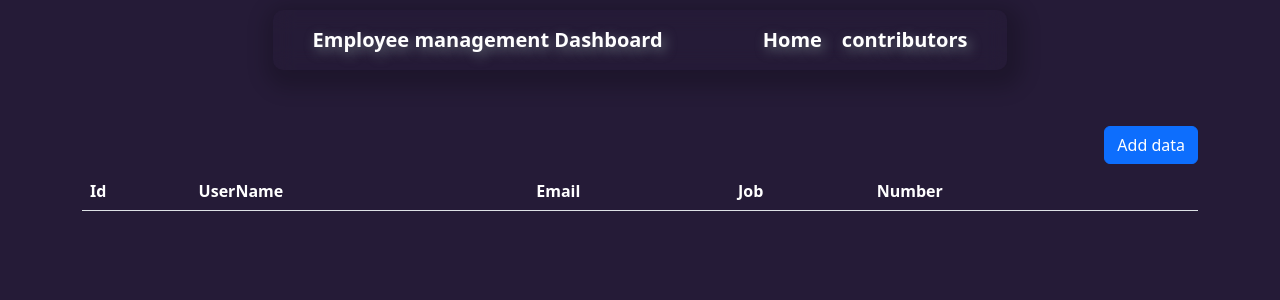
Repository: iamevs/Employee-Management-System
Page: /home (app in client/)
An editor plug-in stored every save of this project. The page is shown before and after the next save, followed by the edit.
The browser window is 1280 px wide. The pictures show the whole page.
The page's requests for data from a server got no answer. The project was rebuilt for these pictures with package versions that can differ from the ones it lists, and the page was loaded fresh each time. No one was signed in, and anything a server would have sent is missing. Also part of the build but not shown: client/vite.config.js, client/src/components/Register.jsx, client/src/components/Edit.jsx, client/src/components/Hero.jsx. Imported but missing from the stored project, and not drawn on this page: client/src/components/Details.

Above is the page before, as saved 2022-11-28 23:39:17.

### client/index.html
<html lang="en">
  <head>
    <meta charset="UTF-8" />
    <link rel="icon" type="image/svg+xml" href="/vite.svg" />
    <meta name="viewport" content="width=device-width, initial-scale=1.0" />
    <title>employee-management</title>
  </head>
  <body>
    <div id="root"></div>
    <script type="module" src="/src/main.jsx"></script>
  </body>
</html>

### client/src/main.jsx
import React, { StrictMode } from 'react';
import ReactDOM from 'react-dom';
import { createRoot } from "react-dom/client";
import './index.css';
import App from './App';
import { BrowserRouter } from "react-router-dom"
import ContextProvider from "./components/context/ContextProvider";
// root.render(
//   <StrictMode>
//   <ContextProvider>
//     <BrowserRouter>
//       <App />
//     </BrowserRouter>
//   </ContextProvider>
//   </StrictMode>
//   ,
//   document.getElementById('root')
// );


createRoot(document.getElementById('root')).render(
  <ContextProvider>
    <BrowserRouter>
      <App />
    </BrowserRouter>
  </ContextProvider>
)

### client/src/index.css
body {
  margin: 0;
  font-family: -apple-system, BlinkMacSystemFont, 'Segoe UI', 'Roboto', 'Oxygen',
    'Ubuntu', 'Cantarell', 'Fira Sans', 'Droid Sans', 'Helvetica Neue',
    sans-serif;
  -webkit-font-smoothing: antialiased;
  -moz-osx-font-smoothing: grayscale;
  background-color: #251B37 !important;
  color: #fff !important;
}

code {
  font-family: source-code-pro, Menlo, Monaco, Consolas, 'Courier New',
    monospace;
}

.btns{
  display: flex;
  justify-content: space-between;
}

### client/src/App.jsx
import './App.css';
import "../node_modules/bootstrap/dist/css/bootstrap.min.css"
import "../node_modules/bootstrap/dist/js/bootstrap.bundle.min.js"
import Navbar from './components/Navbar';
import Home from './components/Home';
import Register from './components/Register';
import Edit from './components/Edit';
import Details from './components/Details';
import Hero from "./components/Hero.jsx";
import {Routes,Route} from "react-router-dom"




function App() {
  return (
   <>
    <Navbar />
    <Routes>
      <Route path="/" element={<Hero/>} />
      <Route  path="/home" element={<Home/>} />
      <Route exact path="/register" element={<Register/>} />
      <Route exact path="/edit/:id" element={<Edit/>} />
      <Route exact path="/view/:id" element={<Details/>} />
    </Routes>

   </>
  );
}

export default App;

### client/src/components/context/ContextProvider.jsx
import React, { createContext, useState } from 'react'


export const adddata = createContext("");
export const updatedata = createContext("");
export const deldata = createContext("");

const ContextProvider = ({ children }) => {

    const [udata, setUdata] = useState("");
    const [updata, setUPdata] = useState("");
    const [dltdata, setDLTdata] = useState("");


    return (
        <adddata.Provider value={{ udata, setUdata }}>
            <updatedata.Provider value={{ updata, setUPdata }}>
                <deldata.Provider value={{dltdata, setDLTdata}}>
                    {children}
                </deldata.Provider>

            </updatedata.Provider>

        </adddata.Provider>
    )
}

export default ContextProvider;

### client/src/App.css
.add_btn{
  text-align: right;
}

.container{
  overflow: auto;
}

.left_view h3{
  font-size: 21px;
}

.left_view p{
  font-weight: 600;
}

.left_view span{
  font-weight: 400;
}

.right_view p{
  font-weight: 600;
}


.right_view span{
  font-weight: 400;
}

### client/src/components/Navbar.jsx
import React from 'react'
import { NavLink } from 'react-router-dom'
import { Box, Stack } from "@mui/material";


const Navbar = () => {
    return (
        <Stack justifyContent={"center"} direction={"row"} marginTop={"10px"}>
            <Box justifyContent={"space-between"} className="navbar navbar-expand-lg text-white" sx={{
                backgroundColor: "transparent",
                backdropFilter: "blur(10px) !important",
                position: "relative",
                color: "white",
                boxShadow: "4px 7px 20px 11px rgb(0 0 0 / 20%)",
                height: "60px",
                padding: "0 40px 0 40px",
                width: "auto",
                borderRadius: "10px"
            }}>
                <Box sx={{
                    fontSize: "20px",
                    textShadow: "3px 4px 12px #6c757d",
                    fontWeight: "bold",
                    marginRight: "100px"
                }}>Employee management Dashboard</Box>
                <Box direction={"row"}>
                    <a href="/home" style={{
                        color: "white",
                        fontSize: "20px",
                        textShadow: "3px 4px 12px #6c757d",
                        fontWeight: "bold",
                        textDecoration: "none",
                    }}>Home</a>
                    <a href="/" style={{
                        color: "white",
                        fontSize: "20px",
                        textShadow: "3px 4px 12px #6c757d",
                        fontWeight: "bold",
                        textDecoration: "none",
                        marginLeft: "20px"
                    }}>contributors</a>

                </Box>
            </Box>
        </Stack>
    )
}

export default Navbar

### client/src/components/Home.jsx
import React, { useState, useEffect, useContext } from 'react'
import RemoveRedEyeIcon from '@mui/icons-material/RemoveRedEye';
import CreateIcon from '@mui/icons-material/Create';
import DeleteOutlineIcon from '@mui/icons-material/DeleteOutline';
import { NavLink } from 'react-router-dom';
import { adddata, deldata } from './context/ContextProvider';
import { updatedata } from './context/ContextProvider'

var getuserlink = "http://localhost:8001/getusers";


const Home = () => {

    const [getuserdata, setUserdata] = useState([]);

    console.log(getuserdata);

    const { udata, setUdata } = useContext(adddata);

    const {updata, setUPdata} = useContext(updatedata);

    const {dltdata, setDLTdata} = useContext(deldata);

    const getdata = async () => {

        const res = await fetch(getuserlink, {
            method: "GET",
            headers: {
                "Content-Type": "application/json"
            }
        });

        const data = await res.json();
        console.log(data);

        if (res.status === 422 || !data) {
            console.log("error ");

        } else {
            setUserdata(data)
            console.log("get data");

        }
    }

    useEffect(() => {
        getdata();
    }, [])

    const deleteuser = async (id) => {

        const res2 = await fetch(`/deleteuser/${id}`, {
            method: "DELETE",
            headers: {
                "Content-Type": "application/json"
            }
        });

        const deletedata = await res2.json();
        console.log(deletedata);

        if (res2.status === 422 || !deletedata) {
            console.log("error");
        } else {
            console.log("user deleted");
            setDLTdata(deletedata)
            getdata();
        }

    }


    return (

        <>
            {
                udata ?
                    <>
                        <div className="alert alert-success alert-dismissible fade show" role="alert">
                            <strong>{udata.name}</strong>  added succesfully!
                            <button type="button" className="btn-close" data-bs-dismiss="alert" aria-label="Close"></button>
                        </div>
                    </> : ""
            }
            {
                updata ?
                    <>
                        <div className="alert alert-success alert-dismissible fade show" role="alert">
                            <strong>{updata.name}</strong>  updated succesfully!
                            <button type="button" className="btn-close" data-bs-dismiss="alert" aria-label="Close"></button>
                        </div>
                    </> : ""
            }

            {
                dltdata ?
                    <>
                        <div className="alert alert-danger alert-dismissible fade show" role="alert">
                            <strong>{dltdata.name}</strong>  deleted succesfully!
                            <button type="button" className="btn-close" data-bs-dismiss="alert" aria-label="Close"></button>
                        </div>
                    </> : ""
            }


            <div className="mt-5">
                <div className="container">
                    <div className="add_btn mt-2 mb-2">
                        <NavLink to="/register" className="btn btn-primary">Add data</NavLink>
                    </div>

                    <table class="table">
                        <thead>
                            <tr className="table text-white" style={{
                                fontStyle: "capitalize",
                            }}>
                                <th scope="col">Id</th>
                                <th scope="col">UserName</th>
                                <th scope="col">Email</th>
                                <th scope="col">Job</th>
                                <th scope="col">Number</th>
                                <th scope="col"></th>
                            </tr>
                        </thead>
                        <tbody>

                            {
                                getuserdata.map((val, ind) => {
                                    return (
                                        <tr>
                                            <th scope="row">{ind + 1}</th>
                                            <td>{val.name}</td>
                                            <td>{val.email}</td>
                                            <td>{val.work}</td>
                                            <td>{val.mobile}</td>
                                            <td className='btns'>
                                                <NavLink to={`/view/${val._id}`} className="btn btn-primary"><RemoveRedEyeIcon /></NavLink>
                                                <NavLink to={`/update/${val._id}`} className="btn btn-success"><CreateIcon /></NavLink>
                                                <button onClick={() => deleteuser(val._id)} className="btn btn-danger"><DeleteOutlineIcon /></button>
                                            </td>
                                        </tr>
                                    )
                                })
                            }
                        </tbody>
                    </table>


                </div>
            </div>
        </>
    )
}

export default Home

After the next save:
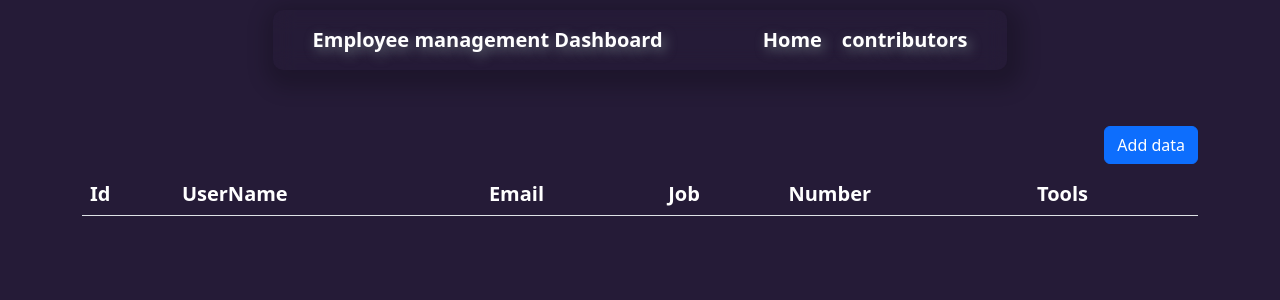
Saved 18 s later.
--- a/client/src/components/Home.jsx
+++ b/client/src/components/Home.jsx
@@ -112,14 +112,14 @@ const Home = () => {
                     <table class="table">
                         <thead>
                             <tr className="table text-white" style={{
-                                fontStyle: "capitalize",
+                                fontSize: "20px",
                             }}>
                                 <th scope="col">Id</th>
                                 <th scope="col">UserName</th>
                                 <th scope="col">Email</th>
                                 <th scope="col">Job</th>
                                 <th scope="col">Number</th>
-                                <th scope="col"></th>
+                                <th scope="col">Tools</th>
                             </tr>
                         </thead>
                         <tbody>
